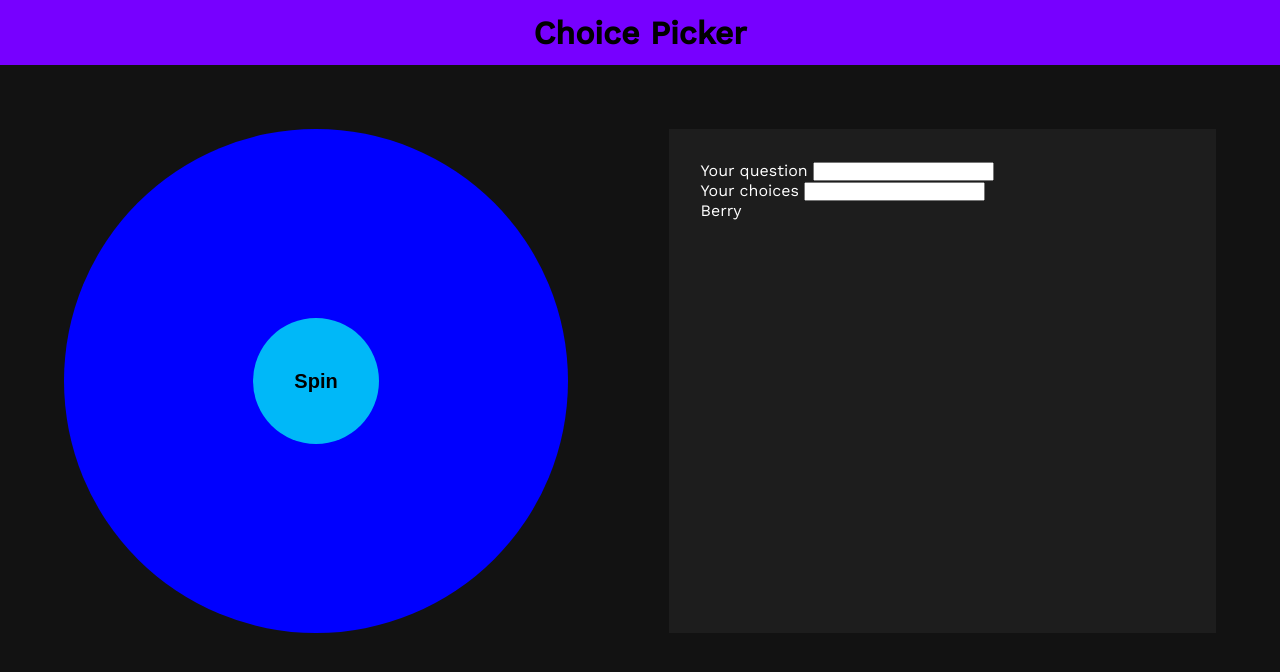
Repository: emiliaiwu/choice_wheel_spinner
Page: index.html
An editor plug-in stored every save of this project. The page is shown before and after the next save, followed by the edit.
The browser window is 1280 px wide. The pictures show the whole page.

Above is the page before, as saved 2023-01-09 23:58:05.

### index.html
<!DOCTYPE html>
<html lang="en">
<head>
    <meta charset="UTF-8">
    <meta http-equiv="X-UA-Compatible" content="IE=edge">
    <meta name="viewport" content="width=device-width, initial-scale=1.0">
    <link rel="stylesheet" href="style.css">
    <title>Choice Picker</title>
</head>
<body>
    <header>
        <h1>Choice Picker</h1>
    </header>
    <div class="container">
        <div class="choice_picker_container">
            <div class="choice_picker">
                <div class="circle">
                    <button class="spin">
                        <h2>Spin</h2>
                    </button>
                </div>
            </div>
            <div class="choice_details">
                <div class="question">
                    <label for="question">Your question</label>
                    <input type="text" name="question" id="question">
                </div>
                <div class="make_choices">
                    <label for="choices">Your choices</label>
                    <input type="text" name="choices" id="choices">
                </div>
                <div class="listed_choices">
                    <span class="choice">Berry</span>
                </div>
            </div>
        </div>
        <div class="picked_choice">

        </div>
    </div>
</body>
</html>

### style.css
@import url('https://fonts.googleapis.com/css2?family=Work+Sans:ital,wght@0,400;0,500;1,700&display=swap');

* {
    padding: 0;
    margin: 0;
    box-sizing: border-box;
}


body {
    background-color: #121212;
    font-family: 'Work Sans', sans-serif;
    max-width: 100vw;
    min-height: 100vh;
    color: #ffffff;

}

header {
    height: 65px;
    width: 100%;
    background-color:rgb(119, 0, 255);
    color: #000;

}

header,
.spin {
    display: flex;
    align-items: center;
    justify-content: center;

}

.container {
    padding: 5%;
}

.container,
.choice_picker {
    width: 100%;
    height: 100%;
}

.choice_picker_container {
    display: flex;
    align-items: flex-start;
    justify-content: space-between;
    gap: 2rem;
}

.circle {
    width: 70vmin;
    height: 70vmin;
    background-color: blue;
    border-radius: 50%;
    position: relative;
}

.spin {
    width: 25%;
    height: 25%;
    background-color: rgba(0, 246,246,0.75);
    position: absolute;
    border-radius: 50%;
    top: 50%;
    left: 50%;
    transform: translate(-50%, -50%);
    outline: none;
    border: none;
}


.choice_details {
    padding: 2rem;
    height: 70vmin;
    width: 90%;
    background-color: #1D1D1D;

}

After the next save:
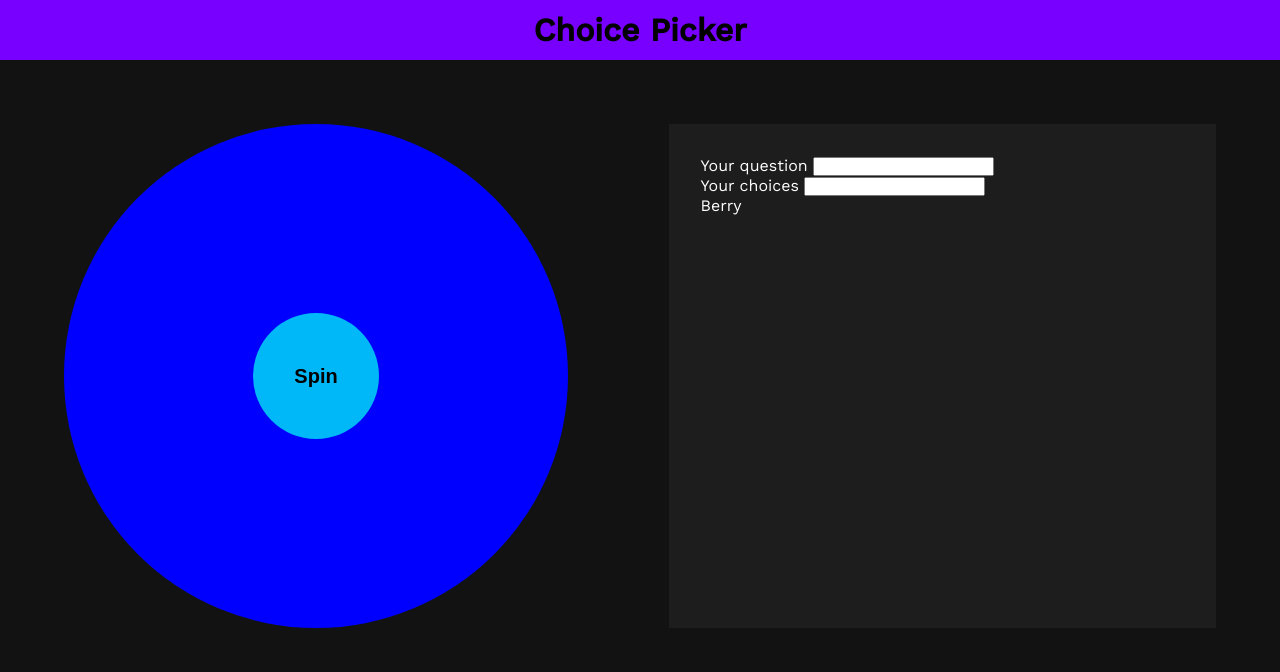
Saved 13 s later.
--- a/style.css
+++ b/style.css
@@ -17,7 +17,7 @@ body {
 }
 
 header {
-    height: 65px;
+    height: 60px;
     width: 100%;
     background-color:rgb(119, 0, 255);
     color: #000;
